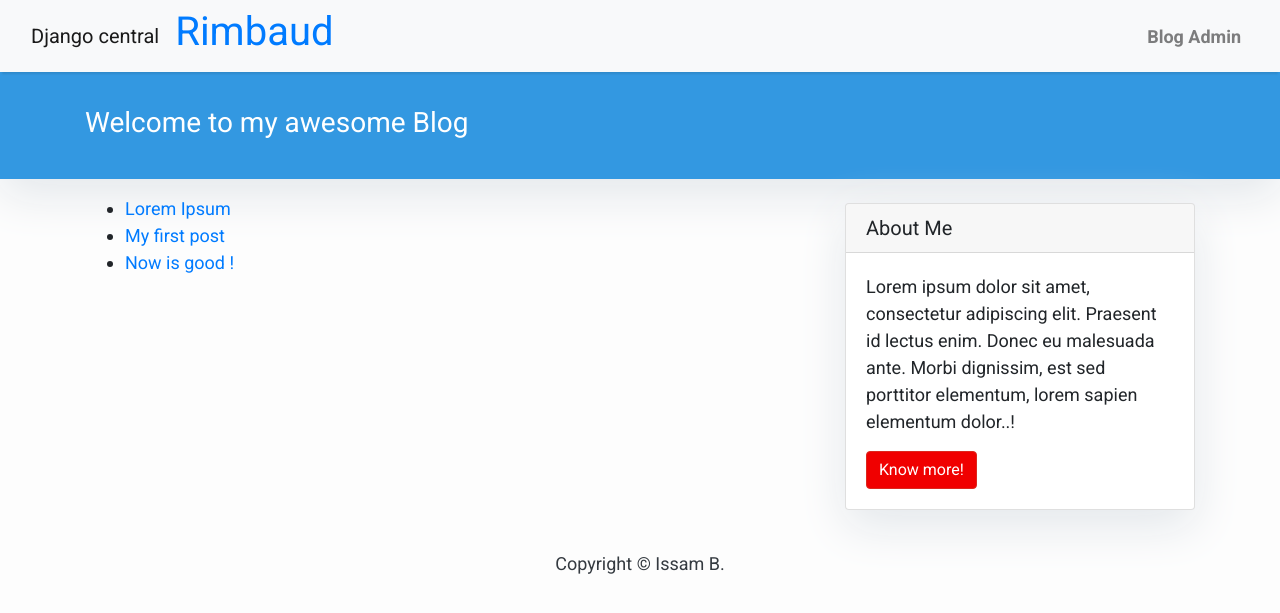
Repository: IssamBouzidi/rimbaud
Page: http://localhost/
An editor plug-in stored every save of this project. The page is shown before and after the next save, followed by the edit.
The browser window is 1280 px wide. The pictures show the whole page.
The page is served by the project's application, run on Django 3.2 (manage.py). The page reads the database file committed with the project.

Above is the page before, as saved 2021-06-04 00:56:29.

After the next save:
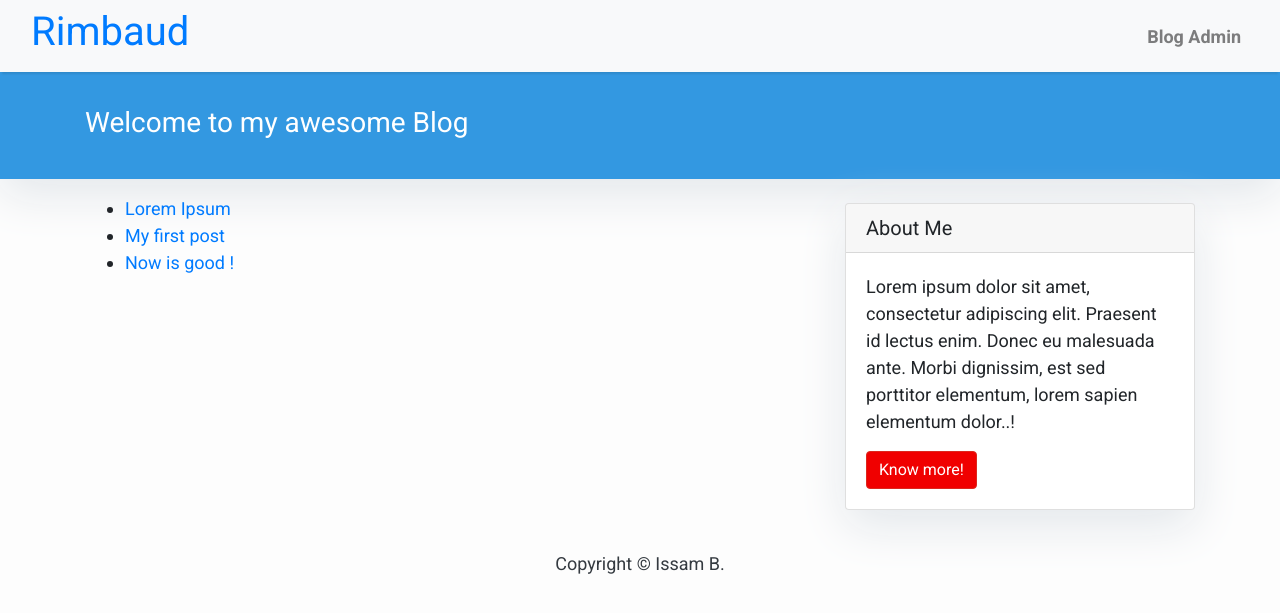
Saved 69 s later.
--- a/blog/templates/base.html
+++ b/blog/templates/base.html
@@ -38,8 +38,6 @@
         <!-- Navigation -->
         <nav class="navbar navbar-expand-lg navbar-light bg-light shadow" id="mainNav">
             <div class="container-fluid">
-                <a class="navbar-brand" href="{#% url 'home' %#}">Django central</a>
-
                 {% block branding %}
                     <h1 id="site-name"><a href="#">Rimbaud</a></h1>
                 {% endblock %}
